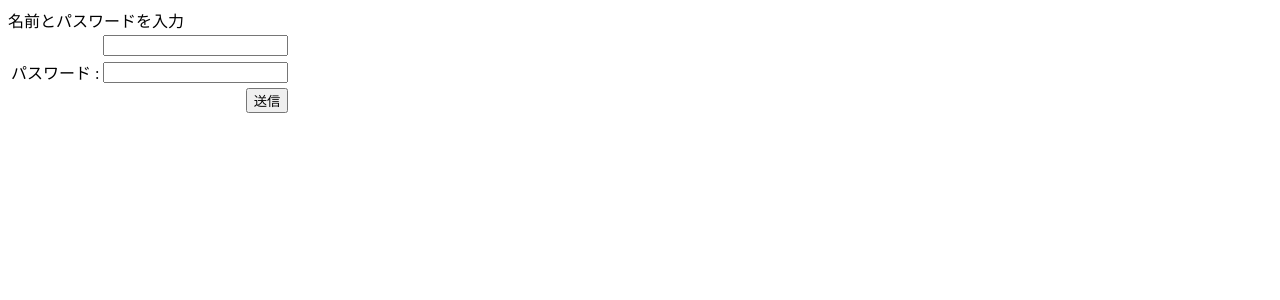
Repository: kf3225/backup
Page: http://localhost/webproj2/WelcomeAction.action
These files come from the project's save history. The page is drawn as it stood at one moment and after the next save; the edit follows.
The browser window is 1280 px wide. The pictures show the whole page.
The page is served by Tomcat 9. Other server files are loaded and not shown.

Above is the page before, as saved 2018-01-16 02:53:21.

### webproj2/WebContent/welcome.jsp
<%@ page language="java" contentType="text/html; charset=UTF-8"
pageEncoding="UTF-8"%>
<%@ taglib prefix="s" uri="/struts-tags"%>

<!DOCTYPE html>
<html lang="ja">
	<head>
		<meta charset="UTF-8">
		<title>WELCOME</title>
	</head>
	<body>
		名前とパスワードを入力<br>
		<s:form action="WelcomeAction">
			<s:textfield name="username" lable="ユーザー名 "/>
			<s:password name="password" label="パスワード "/>
			<s:submit value="送信"/>
		</s:form>
	</body>
</html>

After the next save:
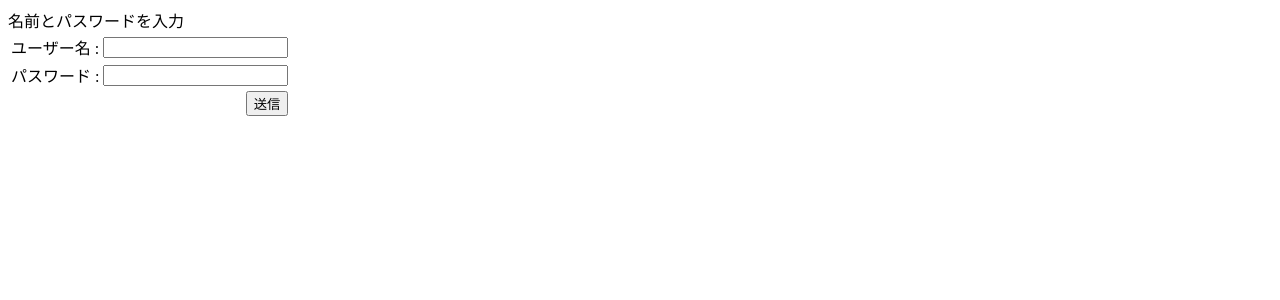
Saved 19 min 6 s later.
--- a/webproj2/WebContent/welcome.jsp
+++ b/webproj2/WebContent/welcome.jsp
@@ -11,7 +11,7 @@ pageEncoding="UTF-8"%>
 	<body>
 		名前とパスワードを入力<br>
 		<s:form action="WelcomeAction">
-			<s:textfield name="username" lable="ユーザー名 "/>
+			<s:textfield name="username" label="ユーザー名 "/>
 			<s:password name="password" label="パスワード "/>
 			<s:submit value="送信"/>
 		</s:form>
